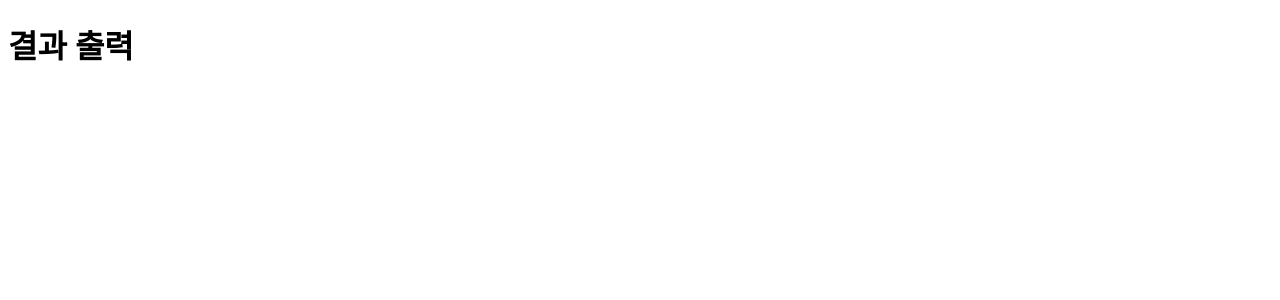
Repository: yw-son/yw-son
Page: http://localhost/pro12/result.jsp
These files come from the project's save history. The page is drawn as it stood at one moment and after the next save; the edit follows.
The browser window is 1280 px wide. The pictures show the whole page.
The page is served by Tomcat 9.

Above is the page before, as saved 2023-06-13 01:40:55.

After the next save:
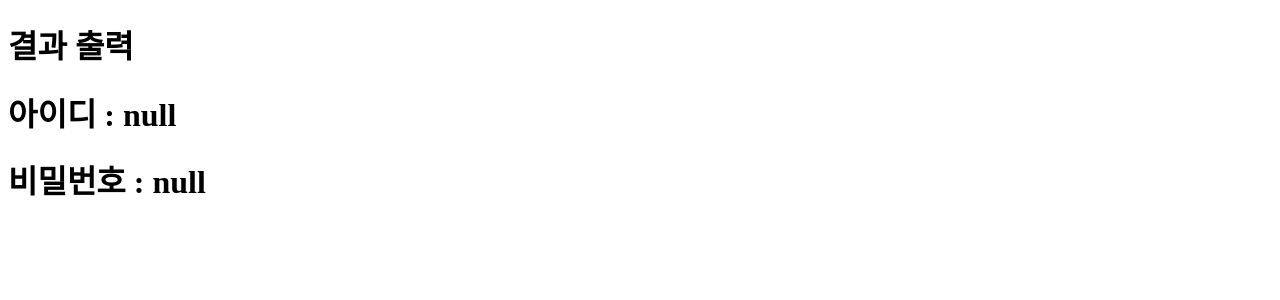
Saved 32 s later.
--- a/pro12/src/main/webapp/result.jsp
+++ b/pro12/src/main/webapp/result.jsp
@@ -13,5 +13,8 @@
 	String user_id = request.getParameter("user_id");
 	String user_pw = request.getParameter("user_pw");
 	%>
+
+	<h1>아이디 : <%= user_id %></h1>
+	<h1>비밀번호 : <%= user_pw %></h1>
 </body>
 </html>
